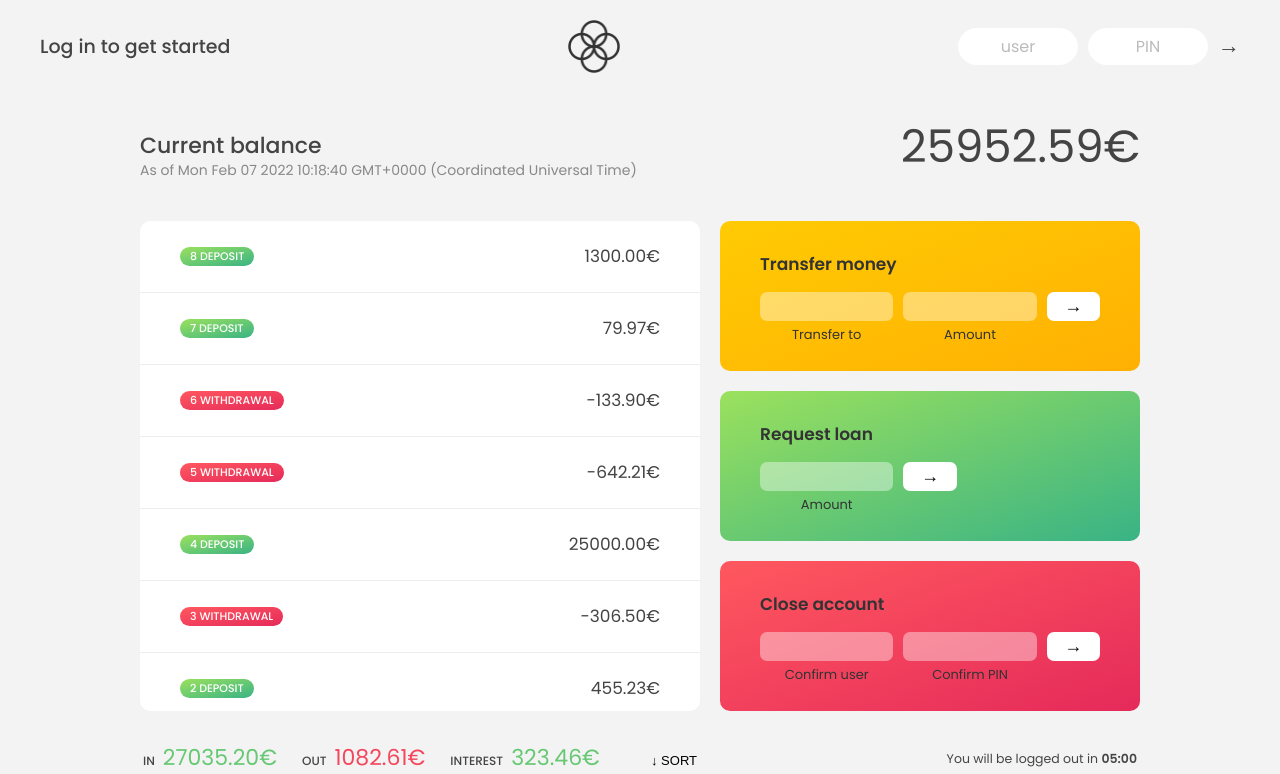
Repository: otvertka/jsc_12
Page: index.html
An editor plug-in stored every save of this project. The page is shown before and after the next save, followed by the edit.
The browser window is 1280 px wide. The pictures show the whole page.
An inner scrolling area shows only its first screen.

Above is the page before, as saved 2023-02-16 15:42:47.

After the next save:
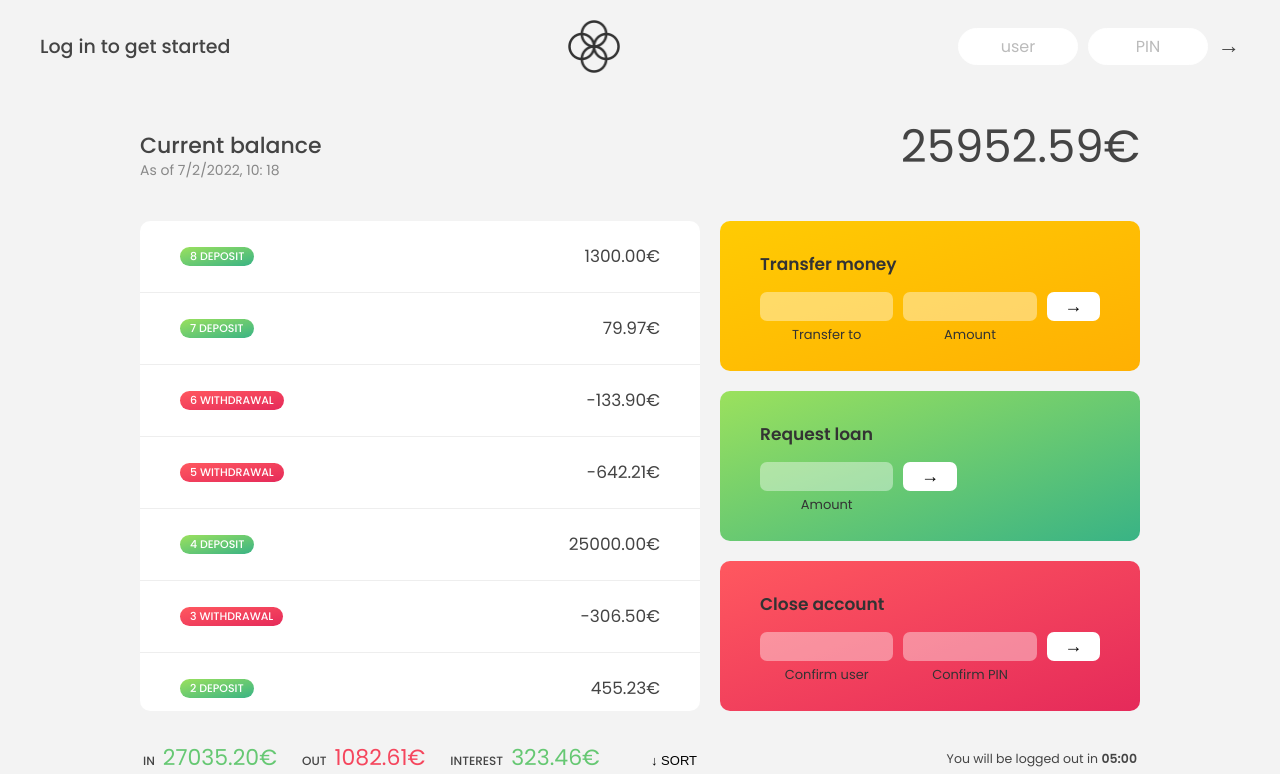
Saved 111 s later.
--- a/script.js
+++ b/script.js
@@ -166,7 +166,7 @@ const month = now.getMonth() + 1;
 const year = now.getFullYear();
 const hour = now.getHours();
 const min = now.getMinutes();
-labelDate.textContent = now;
+labelDate.textContent = `${day}/${month}/${year}, ${hour}: ${min}`;
 // day/month/year
 
 btnLogin.addEventListener('click', function (e) {
